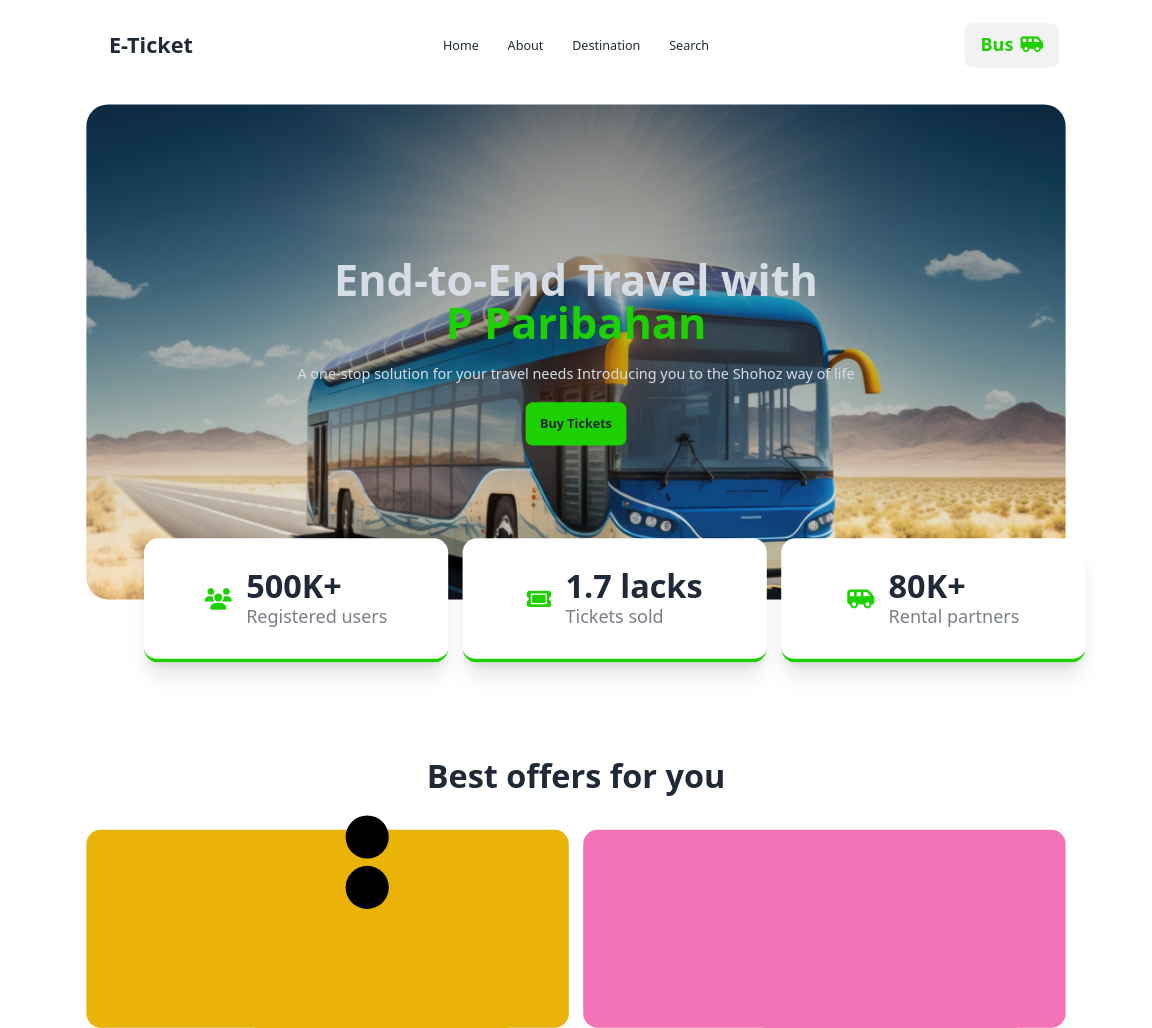
Repository: RudrasahaDibos/Smart-ticketing
Page: index.html
The author's editor kept a copy of each file at every save. The page is drawn from the files as they stood at one save, then again after a run of saves.
The browser window is 1280 px wide. The pictures show the whole page, at 90% of full size.
Some web fonts or font styles are not loaded; a fallback is used. Some web libraries are served in a nearby version.

Above is the page before, as saved 2024-11-10 01:20:01.

After the next 2 saves:
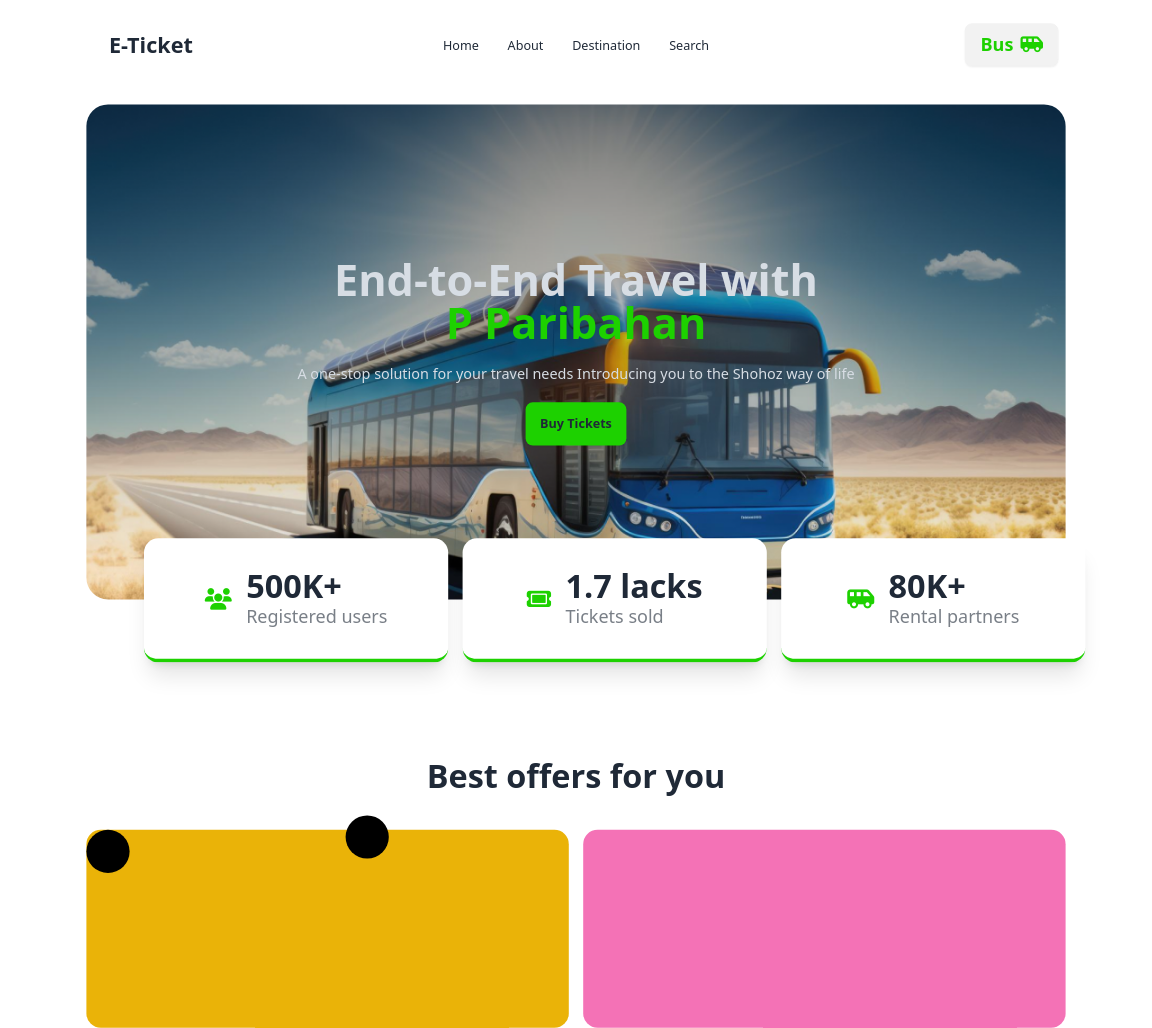
The 2 saves are shown as one change because they came seconds apart.
The last was saved 8 s later.
--- a/index.html
+++ b/index.html
@@ -157,7 +157,7 @@
                                 <div class="flex gap-4 mt-10">
                                     <div class="bg-yellow-500  w-[573px] h-[220px]  rounded-2xl">
                                                <p class="bg-black w-[48px] h-[48px] absolute mx-auto rounded-full ml-72 -mt-4  "></p>
-                                               <p class="bg-black w-[48px] h-[48px] absolute mx-auto rounded-full ml-72 mt-10   "></p>
+                                               <p class="bg-black w-[48px] h-[48px] absolute mx-auto rounded-full ml-72mb   "></p>
                                     </div>
                                     <div class="bg-pink-400   w-[573px] h-[220px] rounded-2xl">
 
